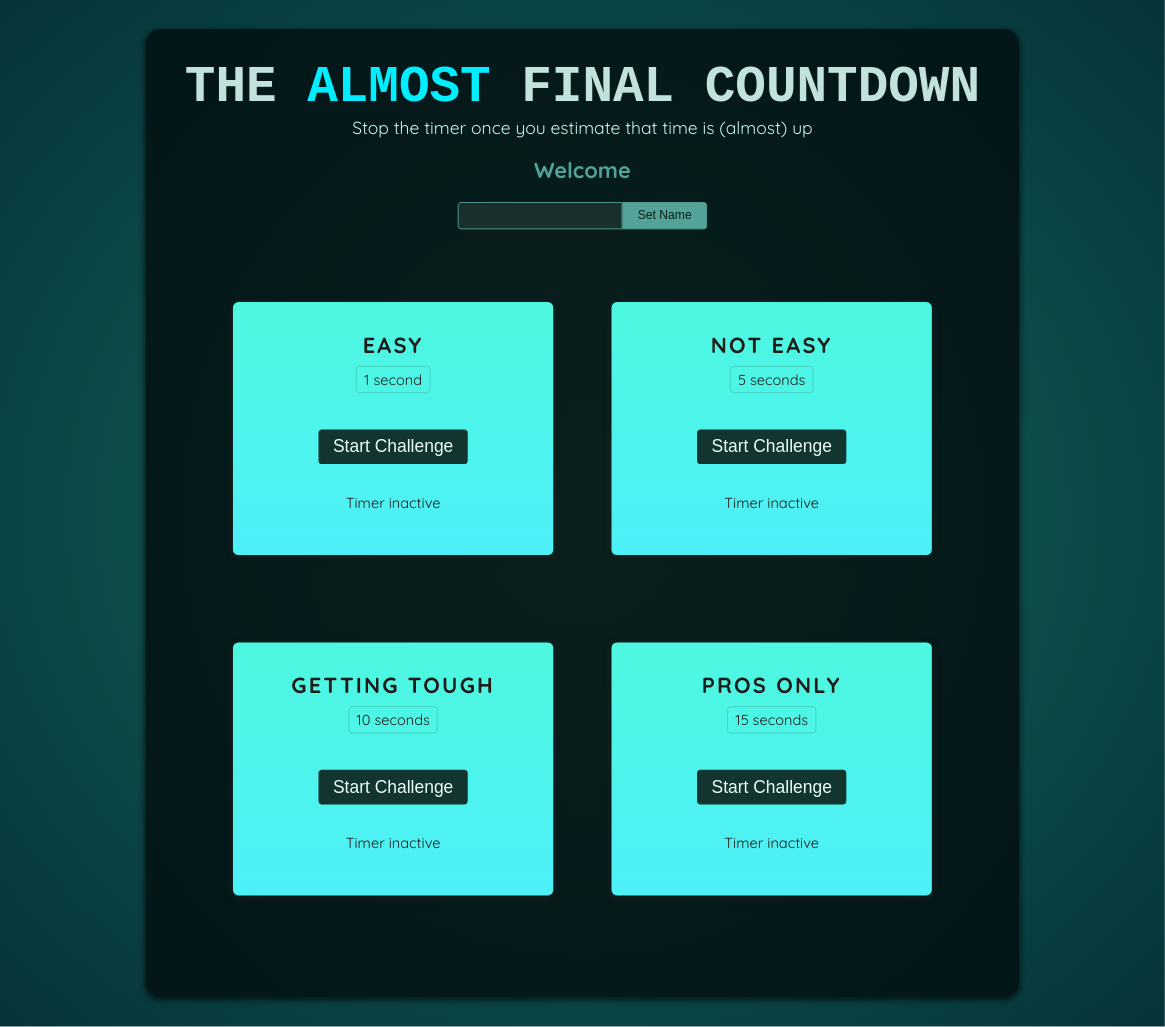
Repository: H-ala/react-near-end
Page: /
An editor plug-in stored every save of this project. The page is shown before and after the next save, followed by the edit.
The browser window is 1280 px wide. The pictures show the whole page, at 91% of full size.
Some web fonts or font styles are not loaded; a fallback is used. The project was rebuilt for these pictures with package versions that can differ from the ones it lists, and the page was loaded fresh each time. Also part of the build but not shown: vite.config.js.

Above is the page before, as saved 2025-09-26 20:23:48.

### src/App.jsx
import Player from './components/Player.jsx';
import TimerChallenge from './components/TimerChallenge.jsx';

function App() {
  return (
    <>
      <Player />
      <div id="challenges">
        <TimerChallenge title="Easy" targetTime={1} />
        <TimerChallenge title="Not easy" targetTime={5} />
        <TimerChallenge title="Getting tough" targetTime={10} />
        <TimerChallenge title="Pros Only" targetTime={15} />
      </div>
    </>
  );
}

export default App;

### src/components/Player.jsx
import { useState, useRef } from "react";

export default function Player() {
  const playerName = useRef();
  const [enteredPlayerName, setEnteredPlayerName] = useState("");

  function handleClick() {
    setEnteredPlayerName(playerName.current.value);
    playerName.current.value = "";
  }

  return (
    <section id="player">
      <h2>Welcome {enteredPlayerName ?? "unknown entity"}</h2>
      <p>
        <input
          ref={playerName}
          type="text"
        />
        <button onClick={handleClick}>Set Name</button>
      </p>
    </section>
  );
}

### src/components/TimerChallenge.jsx
import { useState, useRef } from "react";
import ResultModal from "./ResultModal";

export default function TimerChallenge({ title, targetTime }) {
  const timer = useRef();
  const dialog = useRef();

  const [timeRemaining, setTimeRemaining] = useState(targetTime * 1000);
  const timerIsActive = timeRemaining > 0 && timeRemaining < targetTime * 1000;

  if (timeRemaining <= 0) {
    clearInterval(timer.current);
    dialog.current.open();
  }

  function handleStart() {
    timer.current = setInterval(() => {
      setTimeRemaining((prevTimeRemaining) => prevTimeRemaining - 10);
    }, 10);
  }

  function handleStop() {
    clearInterval(timer.current);
    dialog.current.open();
  }

  return (
    <>
      <ResultModal
        ref={dialog}
        targetTime={targetTime}
        remainingTime={timeRemaining}
      />
      <section className="challenge">
        <h2>{title}</h2>
        <p className="challenge-time">
          {targetTime} second{targetTime > 1 ? "s" : ""}
        </p>
        <p>
          <button onClick={timerIsActive ? handleStop : handleStart}>
            {timerIsActive ? "Stop" : "Start"} Challenge
          </button>
        </p>
        <p className={timerIsActive ? "active" : undefined}>
          {timerIsActive ? "Time is running..." : "Timer inactive"}
        </p>
      </section>
    </>
  );
}

### src/components/ResultModal.jsx
import { useImperativeHandle, useRef } from "react";

export default function ResultModal({ ref, result, targetTime }) {
  const dialog = useRef();
  useImperativeHandle(ref, () => {
    return {
      open() {
        dialog.current.showModal();
      },
    };
  });

  return (
    <dialog ref={dialog} className="result-modal">
      <h2>You {result}!</h2>
      <p>
        The targer time was <strong>{targetTime} seconds. </strong>
      </p>
      <p>
        You stopped the time with <strong>X seconds left.</strong>
      </p>
      <form action="dialog">
        <button>Close</button>
      </form>
    </dialog>
  );
}

Loaded but not shown: index.html (common file); src/main.jsx (common file); src/index.css (common file)

After the next save:
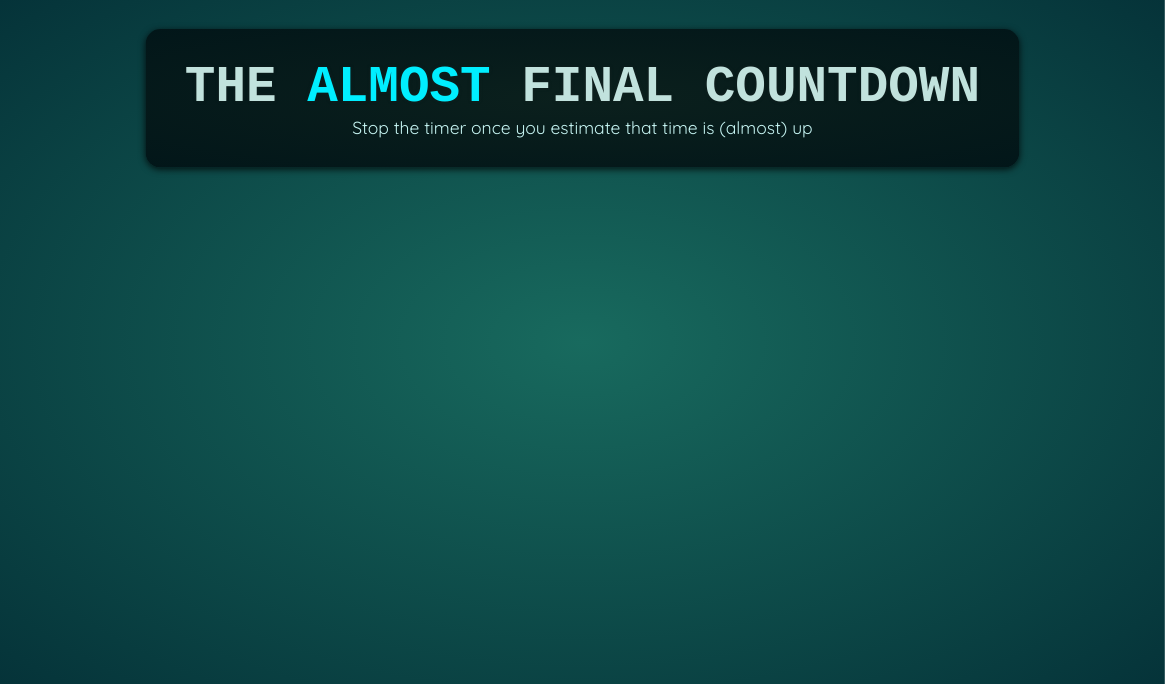
Console error: ReferenceError: result is not defined
Saved 19 s later.
--- a/src/components/ResultModal.jsx
+++ b/src/components/ResultModal.jsx
@@ -1,6 +1,6 @@
 import { useImperativeHandle, useRef } from "react";
 
-export default function ResultModal({ ref, result, targetTime }) {
+export default function ResultModal({ ref, targetTime, remainingTime }) {
   const dialog = useRef();
   useImperativeHandle(ref, () => {
     return {

After the save that followed:
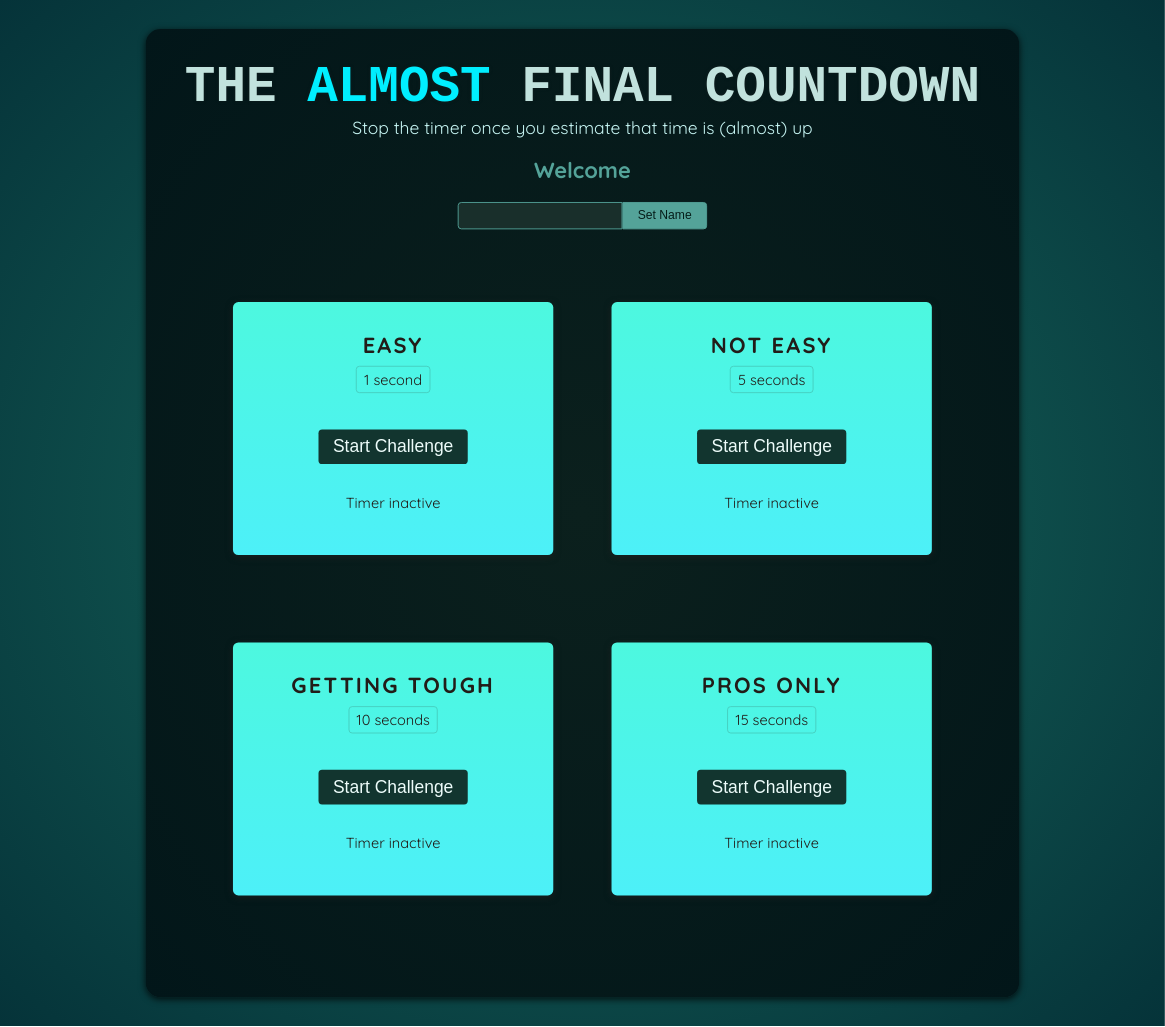
The error is gone.
Saved 70 s later.
--- a/src/components/ResultModal.jsx
+++ b/src/components/ResultModal.jsx
@@ -2,6 +2,9 @@
 
 export default function ResultModal({ ref, targetTime, remainingTime }) {
   const dialog = useRef();
+
+  const result = remainingTime <= 0 ? "Lost" : "Won";
+
   useImperativeHandle(ref, () => {
     return {
       open() {
